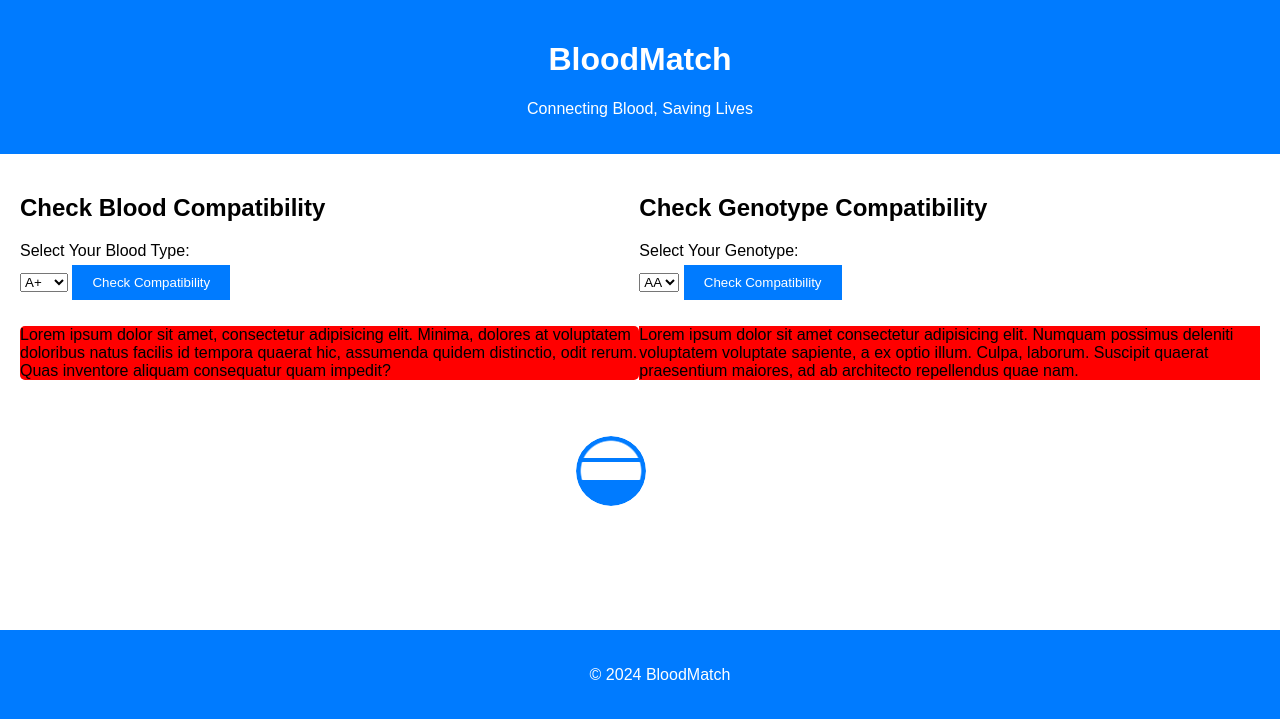
Repository: JuliusMonday/BloodMatch
Page: index.html
An editor plug-in stored every save of this project. The page is shown before and after the next save, followed by the edit.
The browser window is 1280 px wide. The pictures show the whole page.

Above is the page before, as saved 2024-05-02 16:50:42.

After the next save:
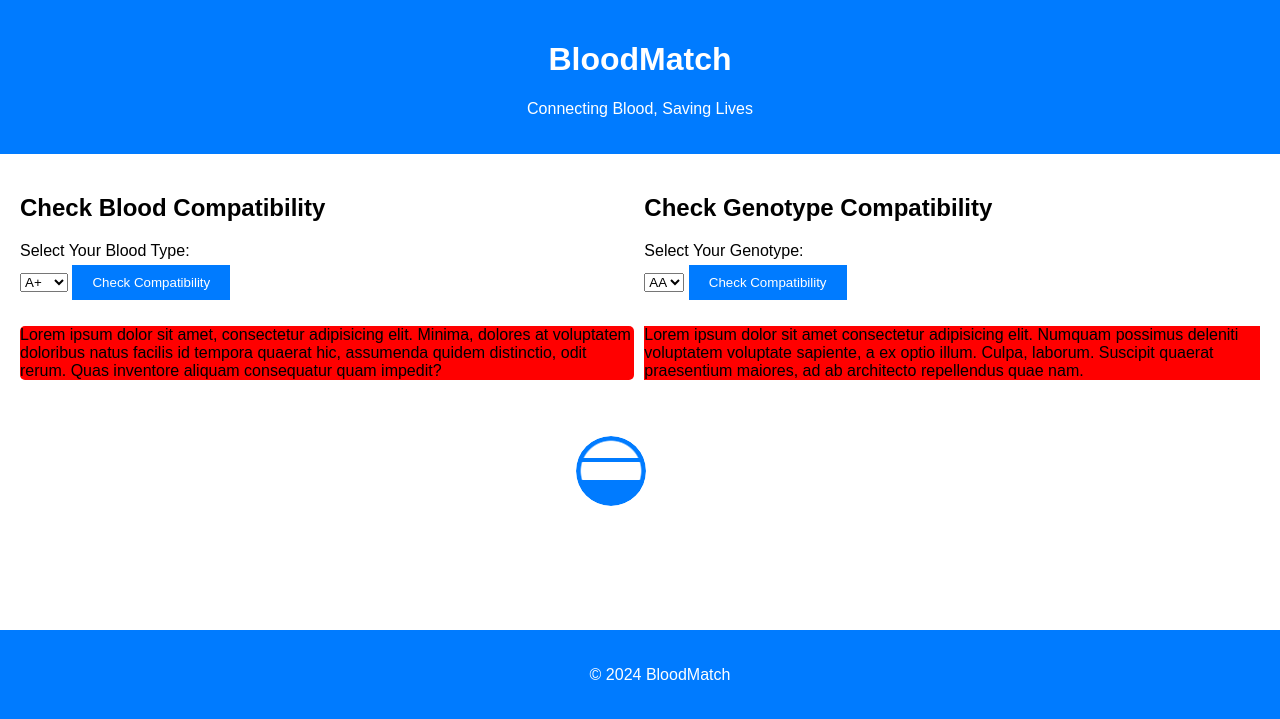
Saved 11 s later.
--- a/style.css
+++ b/style.css
@@ -14,7 +14,7 @@ body {
   main {
     padding: 20px;
     display: flex;
-    gap: 10;
+    gap: 10px;
   }
 
   section {
